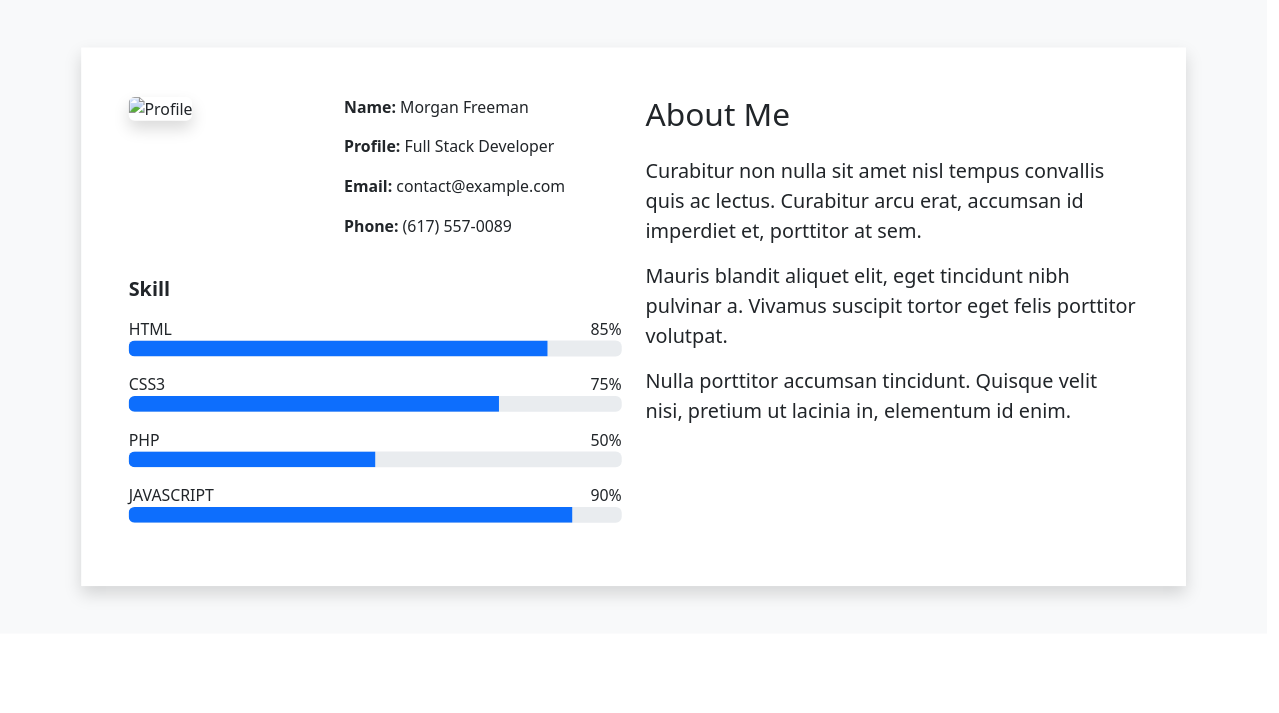
Repository: SayedMosb/protoflio_Bootstrap
Page: test.html
The author's editor kept a copy of each file at every save. The page is drawn from the files as they stood at one save, then again after the next save.
The browser window is 1280 px wide. The page is 1280 px wide, then 1292 px, so the pictures cover 1292 px, including what lies to the right of the window. The pictures show the whole page, at 99% of full size.

Above is the page before, as saved 2026-10-11 21:36:26.
Not found: testimonial-2.jpg

### test.html

<!DOCTYPE html>
<html lang="en">

<head>
    <meta charset="UTF-8">
    <meta name="viewport" content="width=device-width, initial-scale=1.0">
    <title>DevFolio</title>

    <link href="https://cdn.jsdelivr.net/npm/bootstrap@5.3.3/dist/css/bootstrap.min.css" rel="stylesheet">

</head>

<body>

    <section id="about" class="py-5 bg-light">

        <div class="container">

            <div class="row">

                <div class="col-12">

                    <div class="bg-white shadow p-4 p-md-5">

                        <div class="row">

                            <!-- First Column -->
                            <div class="col-md-6">

                                <div class="row align-items-start">

                                    <div class="col-sm-6 col-md-5">

                                        <img src="testimonial-2.jpg"
                                             class="img-fluid rounded shadow"
                                             alt="Profile">

                                    </div>

                                    <div class="col-sm-6 col-md-7">

                                        <div>

                                            <p>
                                                <strong>Name:</strong>
                                                Morgan Freeman
                                            </p>

                                            <p>
                                                <strong>Profile:</strong>
                                                Full Stack Developer
                                            </p>

                                            <p>
                                                <strong>Email:</strong>
                                                contact@example.com
                                            </p>

                                            <p>
                                                <strong>Phone:</strong>
                                                (617) 557-0089
                                            </p>

                                        </div>

                                    </div>

                                </div>

                                <!-- Skills -->
                                <div class="mt-4">

                                    <h5 class="fw-bold mb-3">Skill</h5>

                                    <div class="mb-3">

                                        <div class="d-flex justify-content-between">
                                            <span>HTML</span>
                                            <span>85%</span>
                                        </div>

                                        <div class="progress">
                                            <div class="progress-bar"
                                                 role="progressbar"
                                                 style="width: 85%">
                                            </div>
                                        </div>

                                    </div>

                                    <div class="mb-3">

                                        <div class="d-flex justify-content-between">
                                            <span>CSS3</span>
                                            <span>75%</span>
                                        </div>

                                        <div class="progress">
                                            <div class="progress-bar"
                                                 role="progressbar"
                                                 style="width: 75%">
                                            </div>
                                        </div>

                                    </div>

                                    <div class="mb-3">

                                        <div class="d-flex justify-content-between">
                                            <span>PHP</span>
                                            <span>50%</span>
                                        </div>

                                        <div class="progress">
                                            <div class="progress-bar"
                                                 role="progressbar"
                                                 style="width: 50%">
                                            </div>
                                        </div>

                                    </div>

                                    <div class="mb-3">

                                        <div class="d-flex justify-content-between">
                                            <span>JAVASCRIPT</span>
                                            <span>90%</span>
                                        </div>

                                        <div class="progress">
                                            <div class="progress-bar"
                                                 role="progressbar"
                                                 style="width: 90%">
                                            </div>
                                        </div>

                                    </div>

                                </div>

                            </div>

                            <!-- Second Column -->
                            <div class="col-md-6">

                                <div class="pt-4 pt-md-0">

                                    <h2 class="mb-4">About Me</h2>

                                    <p class="lead">
                                        Curabitur non nulla sit amet nisl tempus
                                        convallis quis ac lectus. Curabitur arcu
                                        erat, accumsan id imperdiet et, porttitor
                                        at sem.
                                    </p>

                                    <p class="lead">
                                        Mauris blandit aliquet elit, eget tincidunt
                                        nibh pulvinar a. Vivamus suscipit tortor
                                        eget felis porttitor volutpat.
                                    </p>

                                    <p class="lead">
                                        Nulla porttitor accumsan tincidunt.
                                        Quisque velit nisi, pretium ut lacinia
                                        in, elementum id enim.
                                    </p>

                                </div>

                            </div>

                        </div>

                    </div>

                </div>

            </div>

        </div>

    </section>

    <script src="https://cdn.jsdelivr.net/npm/bootstrap@5.3.3/dist/js/bootstrap.bundle.min.js"></script>

</body>
</html>

After the next save:
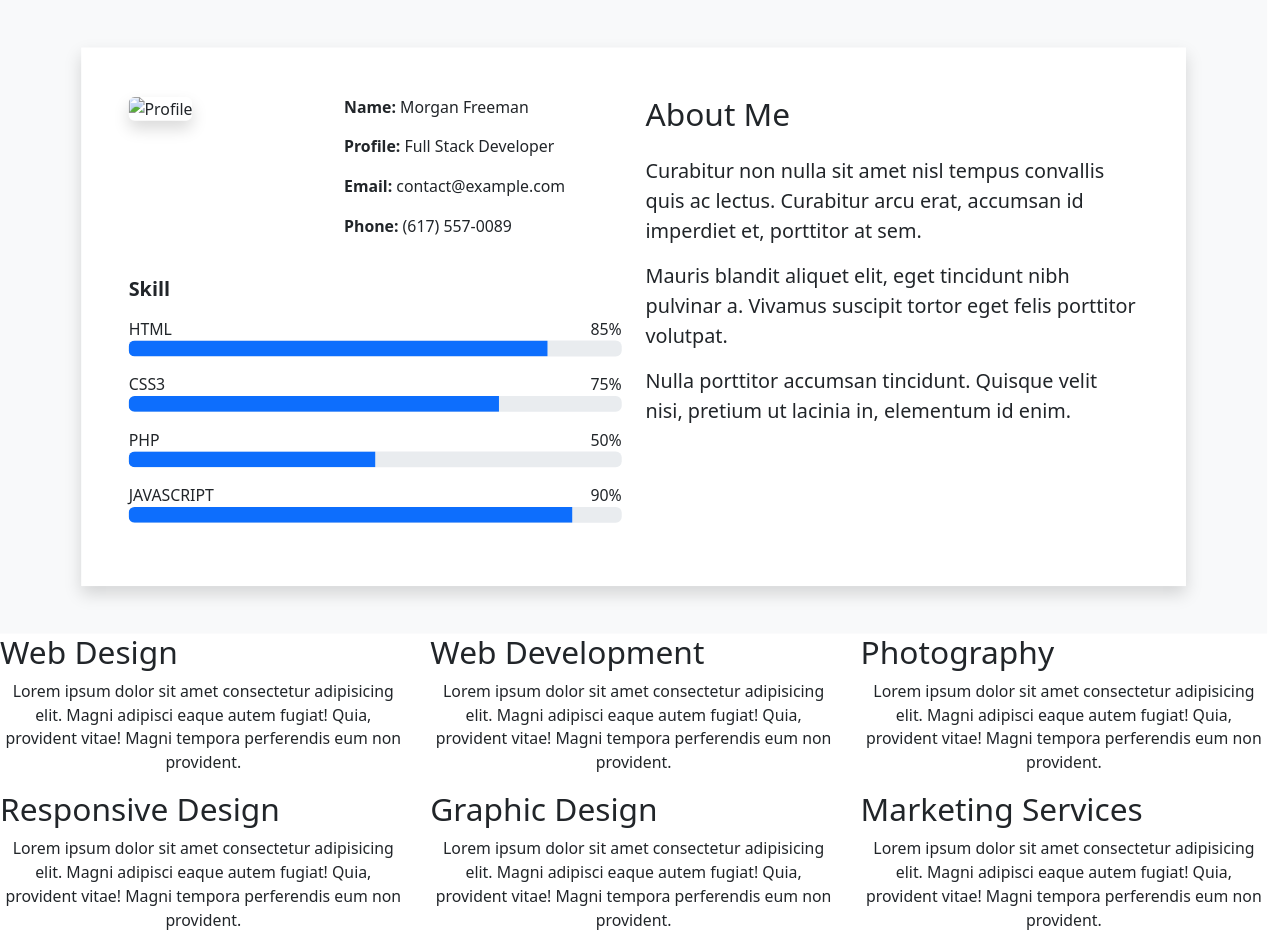
Saved 11 min 39 s later.
--- a/test.html
+++ b/test.html
@@ -182,7 +182,98 @@
         </div>
 
     </section>
-
+<div class="row">
+          <div class="col-md-4">
+            <div class="service-box">
+              <div class="service-ico">
+                <span class="ico-circle"><i class="bi bi-briefcase"></i></span>
+              </div>
+              <div class="service-content">
+                <h2 class="s-title">Web Design</h2>
+                <p class="s-description text-center">
+                  Lorem ipsum dolor sit amet consectetur adipisicing elit. Magni adipisci eaque autem fugiat! Quia,
+                  provident vitae! Magni
+                  tempora perferendis eum non provident.
+                </p>
+              </div>
+            </div>
+          </div>
+          <div class="col-md-4">
+            <div class="service-box">
+              <div class="service-ico">
+                <span class="ico-circle"><i class="bi bi-card-checklist"></i></span>
+              </div>
+              <div class="service-content">
+                <h2 class="s-title">Web Development</h2>
+                <p class="s-description text-center">
+                  Lorem ipsum dolor sit amet consectetur adipisicing elit. Magni adipisci eaque autem fugiat! Quia,
+                  provident vitae! Magni
+                  tempora perferendis eum non provident.
+                </p>
+              </div>
+            </div>
+          </div>
+          <div class="col-md-4">
+            <div class="service-box">
+              <div class="service-ico">
+                <span class="ico-circle"><i class="bi bi-bar-chart"></i></span>
+              </div>
+              <div class="service-content">
+                <h2 class="s-title">Photography</h2>
+                <p class="s-description text-center">
+                  Lorem ipsum dolor sit amet consectetur adipisicing elit. Magni adipisci eaque autem fugiat! Quia,
+                  provident vitae! Magni
+                  tempora perferendis eum non provident.
+                </p>
+              </div>
+            </div>
+          </div>
+          <div class="col-md-4">
+            <div class="service-box">
+              <div class="service-ico">
+                <span class="ico-circle"><i class="bi bi-binoculars"></i></span>
+              </div>
+              <div class="service-content">
+                <h2 class="s-title">Responsive Design</h2>
+                <p class="s-description text-center">
+                  Lorem ipsum dolor sit amet consectetur adipisicing elit. Magni adipisci eaque autem fugiat! Quia,
+                  provident vitae! Magni
+                  tempora perferendis eum non provident.
+                </p>
+              </div>
+            </div>
+          </div>
+          <div class="col-md-4">
+            <div class="service-box">
+              <div class="service-ico">
+                <span class="ico-circle"><i class="bi bi-brightness-high"></i></span>
+              </div>
+              <div class="service-content">
+                <h2 class="s-title">Graphic Design</h2>
+                <p class="s-description text-center">
+                  Lorem ipsum dolor sit amet consectetur adipisicing elit. Magni adipisci eaque autem fugiat! Quia,
+                  provident vitae! Magni
+                  tempora perferendis eum non provident.
+                </p>
+              </div>
+            </div>
+          </div>
+          <div class="col-md-4">
+            <div class="service-box">
+              <div class="service-ico">
+                <span class="ico-circle"><i class="bi bi-calendar4-week"></i></span>
+              </div>
+              <div class="service-content">
+                <h2 class="s-title">Marketing Services</h2>
+                <p class="s-description text-center">
+                  Lorem ipsum dolor sit amet consectetur adipisicing elit. Magni adipisci eaque autem fugiat! Quia,
+                  provident vitae! Magni
+                  tempora perferendis eum non provident.
+                </p>
+              </div>
+            </div>
+          </div>
+        </div>
     <script src="https://cdn.jsdelivr.net/npm/bootstrap@5.3.3/dist/js/bootstrap.bundle.min.js"></script>
 
 </body>
